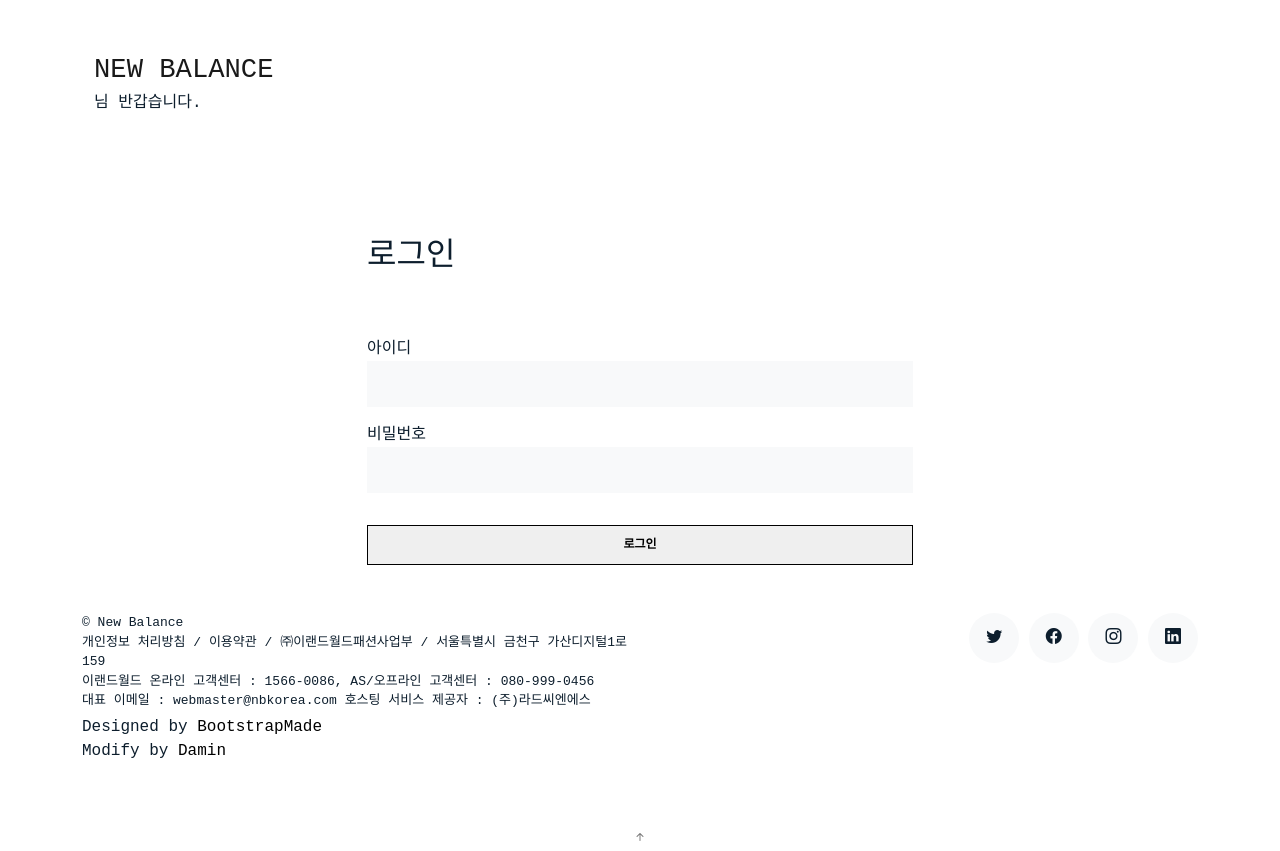
Repository: gotdori/spring
Page: http://localhost/LDM/WEB-INF/views/user/u_login.jsp
These files come from the project's save history. The page is drawn as it stood at one moment and after the next save; the edit follows.
The browser window is 1280 px wide. The pictures show the whole page.
Some web fonts or font styles are not loaded; a fallback is used. Some web libraries are served in a nearby version. The page is served by Tomcat 9. Nobody is signed in. The template is opened directly, without the code that normally fills it, so the values that code supplies are empty.

Above is the page before, as saved 2023-03-23 08:48:21.

After the next save:
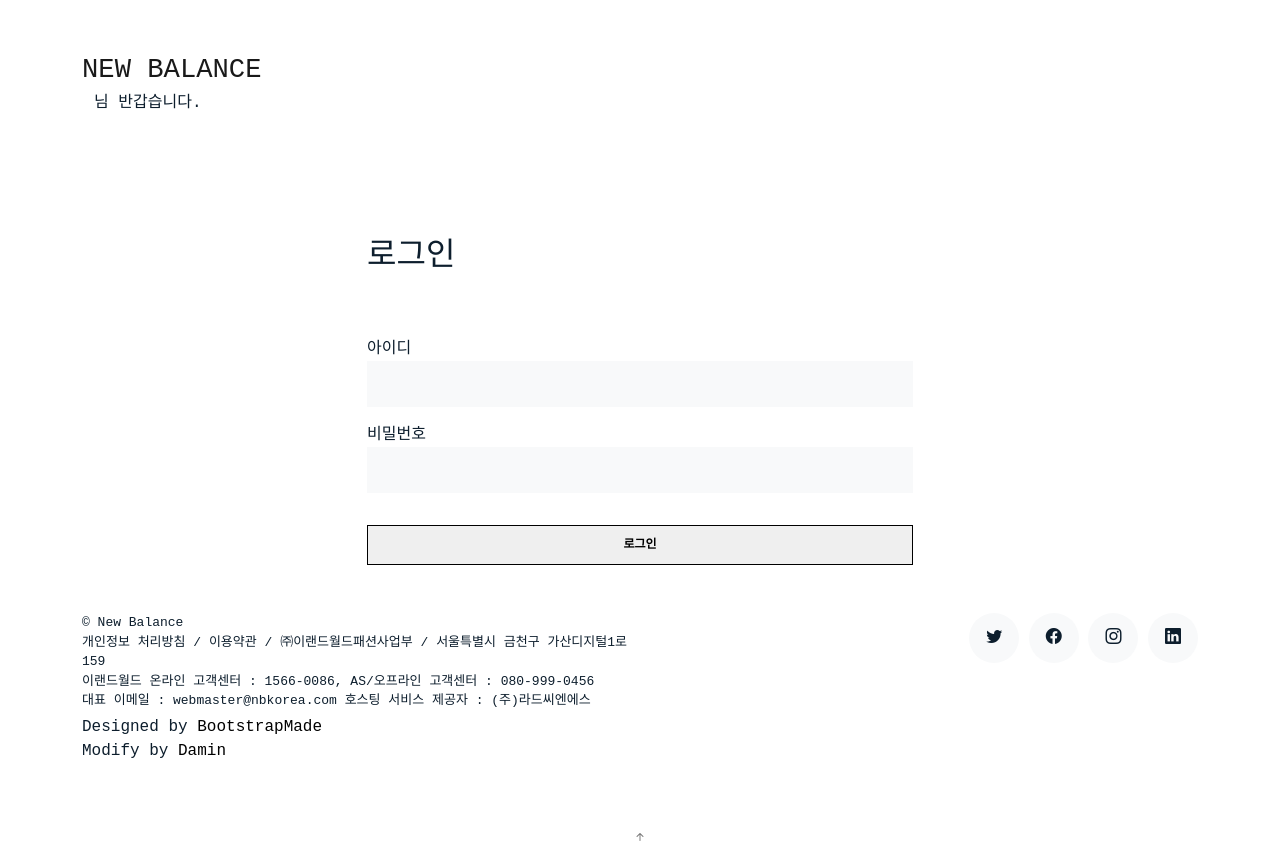
Saved 30 s later.
--- a/spring_workspace1/LDM/src/main/webapp/WEB-INF/views/include/nav.jsp
+++ b/spring_workspace1/LDM/src/main/webapp/WEB-INF/views/include/nav.jsp
@@ -46,13 +46,13 @@
 
 	<nav class="navbar navbar-light custom-navbar">
 		<div class="container" style="display: inline-flex;" >
-			<div class="container" >
+			<div>
 			<a class="navbar-brand" href="${ctx}/mall/list">NEW BALANCE</a>
 			</div>
 			<div class="container" >
 				<span>${u_name}님 반갑습니다.</span>
 			</div>
-			<div class="container" >
+			<div>
 			<a href="#" class="burger" data-bs-toggle="collapse" data-bs-target="#main-navbar">
 				<span></span>
 			</a>
